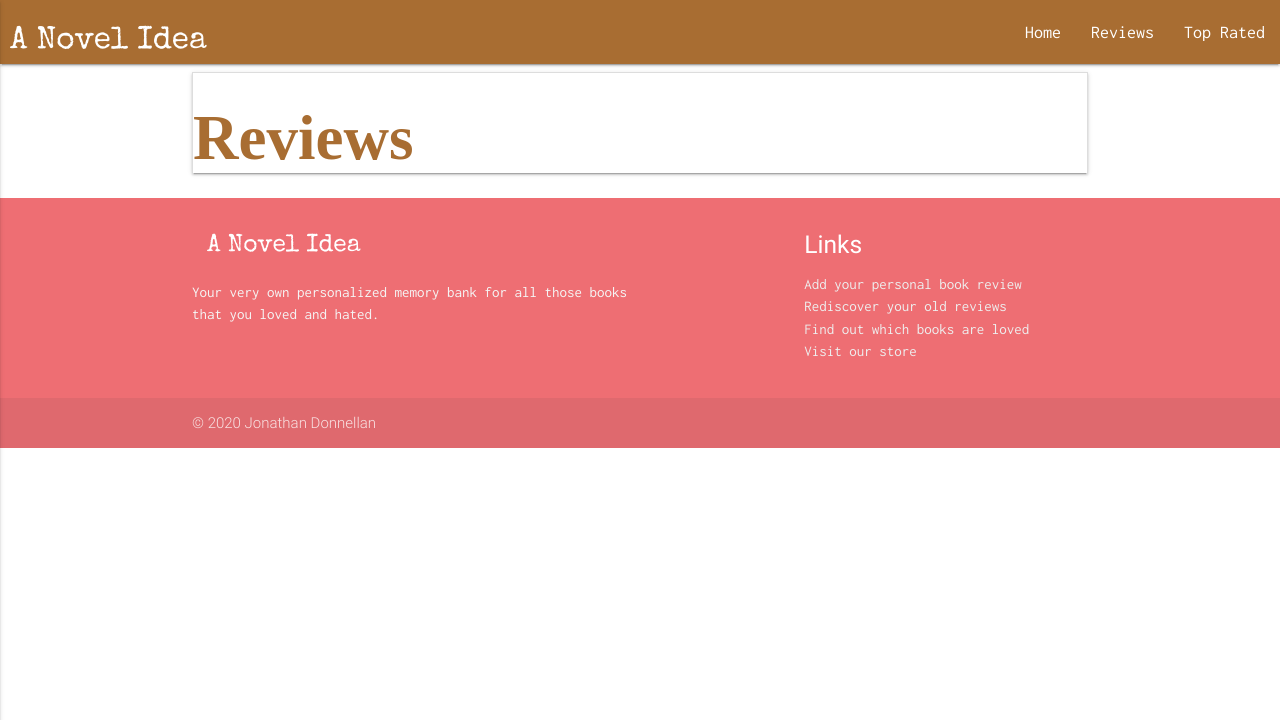
Repository: johnny-don/a-novel-idea
Page: http://localhost/
The author's editor kept a record of every edit. The page is drawn from the files as they stood at one moment, then again after the next edit.
The browser window is 1280 px wide. The pictures show the whole page.
Some web libraries are served in a nearby version. The page is served by the project's application, run on Flask 3 (app.py). Queries for data that is not in the repository find no rows.

Above is the page before.

### templates/reviews.html
{% extends 'base.html' %} {% block content %}
<div class="container">
<ul class="collapsible" data-collapsible="accordian">
    <h1 class="headline">Reviews</h1>
    {% for review in reviews %}
    <li>
        <div class="collapsible-header">

            <div class="col s8">
                <i class="material-icons">expand_more</i>
                <i class="material-icons prefix text-font">title</i>{{review.title.upper()}}  <i class="material-icons prefix text-font">perm_identity</i>
                <strong>  {{review.author}}</strong>
                <i class="material-icons prefix text-font">event_seat</i> <em>{{review.genre}}</em>
                <i class="material-icons prefix text-font">grade</i> {{review.rating}}
                </div>
                <div class="col s4">
                <a href="{{url_for('edit_review', review_id=review._id)}}" class="waves-effect waves-light btn-small text-font">Edit</a>
                <a href="{{url_for('delete_review', review_id=review._id)}}" class="waves-effect waves-light btn-small text-font">Delete</a>
            </div>
            </div>

        <div class="collapsible-body">
            <span class="text-font">{{review.review}}</span>
        </div>

    </li>


    {% endfor %}
    </div>
</ul>
 </div>

{% endblock %}

### templates/base.html
<!DOCTYPE html>
<html lang="en">

<head>
    <meta charset="UTF-8">
    <meta name="viewport" content="width=device-width, initial-scale=1.0">
    <meta http-equiv="X-UA-Compatible" content="ie=edge">
    <link rel="stylesheet" href="{{url_for('static', filename='css/style.css')}}" type="text/css"/>
    <link href="https://fonts.googleapis.com/icon?family=Material+Icons" rel="stylesheet">
    <link rel="stylesheet" href="https://cdnjs.cloudflare.com/ajax/libs/materialize/0.100.2/css/materialize.min.css">
    <link href="https://fonts.googleapis.com/css?family=Special+Elite&display=swap" rel="stylesheet">


    <title>A Novel Idea</title>
</head>

<body>
      <header>
        <nav class="nav-foot">
            <div class="nav-wrapper">
                <a href="{{url_for('add_review')}}" class=" brand brand-logo">A Novel Idea</a>
                <a href="#" data-activates="mobile-demo" class="button-collapse"><i class="material-icons">menu</i></a>
                <ul id="nav-mobile" class="right hide-on-med-and-down">
                    <li><a href="{{url_for('add_review')}}" class="text-font menu-link">Home</a></li>
                    <li><a href="{{url_for('get_reviews')}}" class="text-font menu-link">Reviews</a></li>
                    <li><a href="{{url_for('top_rated')}}" class="text-font menu-link">Top Rated</a></li>
                </ul>
                <ul class="side-nav" id="mobile-demo">
                     <li><a href="{{url_for('add_review')}}" class="text-font">Home</a></li>
                    <li><a href="{{url_for('get_reviews')}}" class="text-font">Reviews</a></li>
                    <li><a href="{{url_for('top_rated')}}" class="text-font">Top Rated</a></li>
                </ul>
            </div>
        </nav>
    </header>

    {% block content %}
    {% endblock %}


    <footer class="page-footer nav-foot">
          <div class="container">
            <div class="row">
              <div class="col l6 s12">
                <h5 class="white-text brand">A Novel Idea</h5>
                <p class="grey-text text-lighten-4 text-font">Your very own personalized memory bank for all those books that you loved and hated. </p>
              </div>
              <div class="col l4 offset-l2 s12">
                <h5 class="white-text">Links</h5>
                <ul>

                  <li><a class="grey-text text-lighten-3 text-font" href="{{url_for('add_review')}}">Add your personal book review</a></li>
                  <li><a class="grey-text text-lighten-3 text-font" href="{{url_for('get_reviews')}}">Rediscover your old reviews</a></li>
                  <li><a class="grey-text text-lighten-3 text-font" href="{{url_for('top_rated')}}">Find out which books are loved</a></li>
                  <li><a class="grey-text text-lighten-3 text-font" href="https://last-bookshop.business.site/">Visit our store</a></li>

                </ul>
              </div>
            </div>
          </div>
          <div class="footer-copyright">
            <div class="container">
            © 2020 Jonathan Donnellan

            </div>
          </div>
        </footer>








    <script src="https://cdnjs.cloudflare.com/ajax/libs/jquery/3.2.1/jquery.min.js"></script>
    <script src="https://cdnjs.cloudflare.com/ajax/libs/materialize/0.100.2/js/materialize.min.js"></script>
    <script type="text/javascript">
        $(document).ready(function() {
            $('.collapsible').collapsible();
            $(".button-collapse").sideNav();
            $('.slider').slider();
        });
    </script>
</body>

</html>

### app.py
import os
from flask import Flask, render_template, redirect, request, url_for, request
from flask_pymongo import PyMongo
from bson.objectid import ObjectId


app = Flask(__name__)
app.config["MONGO_DBNAME"] = 'novel_idea'
app.config["MONGO_URI"] = 'mongodb+srv://johnny_don:2gardensmon@cluster0-kzp63.mongodb.net/novel_idea?retryWrites=true&w=majority'


mongo = PyMongo(app)


@app.route('/')


@app.route('/get_reviews')
def get_reviews():
    return render_template("reviews.html", reviews=mongo.db.info.find())

@app.route('/add_review')
def add_review():
    return render_template('addreview.html')

@app.route('/submit_review', methods=['POST'])
def submit_review():
    info = mongo.db.info
    info.insert_one(request.form.to_dict())
    return redirect(url_for('get_reviews'))

@app.route('/edit_review/<review_id>')
def edit_review(review_id):
    the_review = mongo.db.info.find_one({"_id": ObjectId(review_id)})
    return render_template('editreview.html', review=the_review)


@app.route('/update_review/<review_id>', methods=["POST"])
def update_review(review_id):
    reviews=mongo.db.info
    reviews.update( {'_id': ObjectId(review_id)},
    {
        'title':request.form.get('title'),
        'author':request.form.get('author'),
        'genre':request.form.get('genre'),
        'rating':int(request.form.get('rating')),
        'review':request.form.get('review')
    })

    return redirect(url_for('get_reviews'))

@app.route('/delete_review/<review_id>')
def delete_review(review_id):
    mongo.db.info.remove({'_id': ObjectId(review_id)})
    return redirect(url_for('get_reviews'))



@app.route('/top_rated')
def top_rated():
    return render_template("toprated.html", ratings=mongo.db.info.find().sort("rating", -1))





if __name__ == '__main__':
    app.run(host=os.environ.get('IP'),
            port=int(os.environ.get('PORT')),
            debug=True)

### static/css/style.css
@import url('https://fonts.googleapis.com/css?family=Special+Elite&display=swap');
@import url('https://fonts.googleapis.com/css?family=Inconsolata&display=swap');
@import url('https://fonts.googleapis.com/css?family=Inconsolata&display=swap');

/* buttons */

body {
    background-color: 'red';
}


.btn-small {

    margin: 10px;
    padding: 5px;
    background-color: #a86d32;
    color: white;
    font-family: 'Inconsolata', monospace;
}

/* fonts */

.brand {
   font-family: 'Special Elite', cursive;
   margin: 10px;
   padding: 5px;
}

.headline {
   font-family: 'Bitter', serif;
    font-weight: bold;
    color: #a86d32;
}


.text-font {
    font-family: 'Inconsolata', monospace;
}

/* navbar */

.brand {
   font-family: 'Special Elite', cursive;
   margin: 10px;
   padding: 5px;
}

.menu-link {
    font-size: larger;

}

.nav-foot {

    background-color: #a86d32;
}

/* footer */

.page-footer {
    padding-top: 20px;
    color: white;
    background-color: #a86d32;
}

After the next edit:
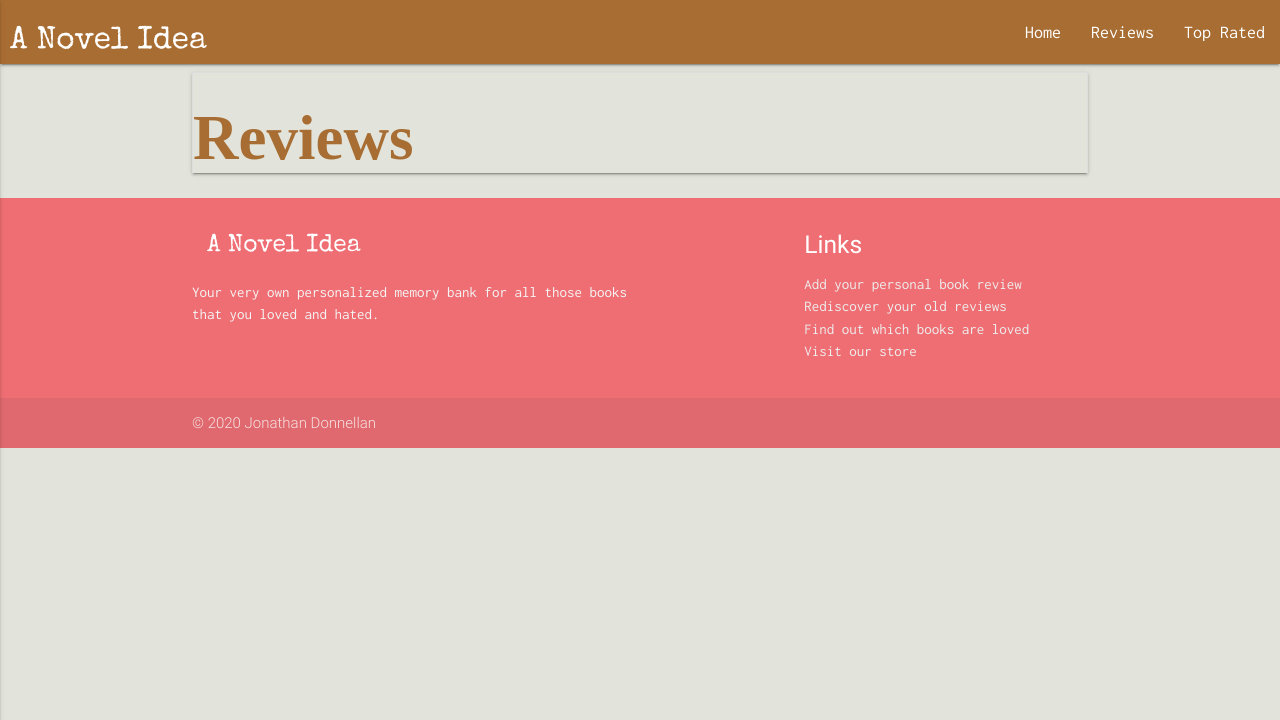
The edit:
--- a/static/css/style.css
+++ b/static/css/style.css
@@ -5,7 +5,7 @@
 /* buttons */
 
 body {
-    background-color: 'red';
+        background-color: #e2e3da;
 }
 
 
